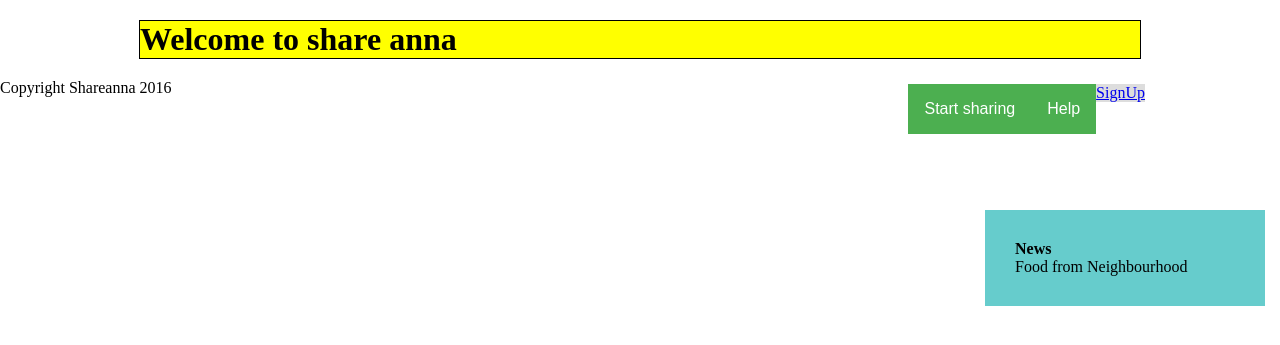
Repository: navigator007/shareanna
Page: practiceSpringMVC_1/src/main/webapp/home.html
The author's editor kept a copy of each file at every save. The page is drawn from the files as they stood at one save, then again after the next save.
The browser window is 1280 px wide. The pictures show the whole page.

Above is the page before, as saved 2016-08-20 23:30:12.

### practiceSpringMVC_1/src/main/webapp/home.html
<!DOCTYPE html>
<html lang="en">
<head>
<meta charset="UTF-8">
<title>take-away, food sharing</title>
<link rel="stylesheet" href="css/home.css">
</head>
<body>
	<div id="main_header">
		<header>
			<h1>Welcome to share anna</h1>
		</header>
	</div>
	<div>
		<ul class="menu_dropdown">
			<li>
				<div class="dropdown">
					<button class="dropbtn">Start sharing</button>
					<div class="dropdown-content">
						<a href="#">Share your dish and earn</a>
					</div>
				</div>
			</li>
			<li>
				<div class="dropdown">
					<button class="dropbtn">Help</button>
					<div class="dropdown-content">
						<a href="#">Getting started guide</a> <a href="#">How to place
							order</a> <a href="#">How price is determined</a> <a href="#">How
							payments are processed</a> <a href="#">How my dish reaches me?</a>
					</div>
				</div>
			</li>
			<li>
				<div class="dropdown">
					<a href="#">SignUp</a>
				</div>
			</li>
		</ul>
	</div>
	<div id="section">
		<section>
			<aside>
				<h4>News</h4>
				Food from Neighbourhood
			</aside>
		</section>
	</div>
	<footer> Copyright Shareanna 2016 </footer>
</body>
</html>

### practiceSpringMVC_1/src/main/webapp/css/home.css
@CHARSET "UTF-8";
*{
	margin:0px;
	padding: 0px;
}
header ,section, footer, aside, nav, article, hgroup{
	display:block;
}
body{
	text-align:left;
}
#main_header{
	border: 1px solid black;
	width: 1000px;
	margin: 20px auto;
	background: yellow;
	text-decoration: blink;
}

#section{
	position: fixed;
	float: left;
	width: 220px;
	margin: 20px 0px;
	padding: 30px;
	background: #66cccc;
	top: 190px;
	right: 15px
}
/* Dropdown button section -- start */
.dropbtn {
    background-color: #4CAF50;
    color: white;
    padding: 16px;
    font-size: 16px;
    border: none;
    cursor: pointer;
}
.dropdown {
    position: relative;
    display: inline-block;
}
.dropdown-content {
    display: none;
    position: absolute;
    background-color: #f9f9f9;
    min-width: 130px;
    box-shadow: 0px 8px 16px 0px rgba(0,0,0,0.2);
}
.dropdown-content a {
    color: black;
    padding: 12px 16px;
    text-decoration: none;
    display: block;
}
.dropdown-content a:hover {background-color: #f1f1f1}

.dropdown:hover .dropdown-content {
    display: block;
}

.dropdown:hover .dropbtn {
    background-color: #3e8e41;
}
.menu_dropdown{
	margin: 0;
    padding: 5px;
    position: fixed;
    float: right;
    list-style-type: none;
    right: 130px;
}

.menu_dropdown li{
	float: left;
}
.menu_dropdown a{
	display: block;
	background-color: #dddddd;
}
.dropdown_custom{
	background-color: #f44336;
    color: white;
    padding: 14px 25px;
    text-align: center;
    text-decoration: none;
    display: inline-block;
}
.dropdown_custom a:hover, a:active {
    background-color: red;
}

After the next save:
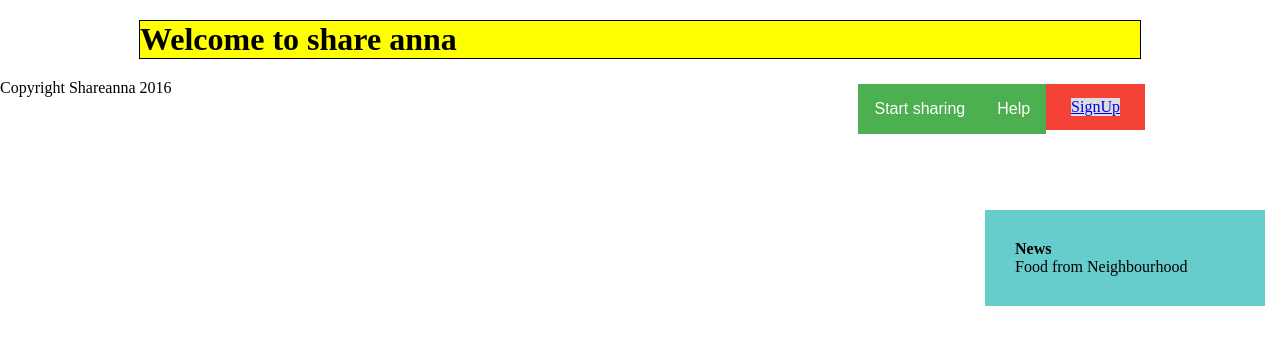
Saved 11 s later.
--- a/practiceSpringMVC_1/src/main/webapp/home.html
+++ b/practiceSpringMVC_1/src/main/webapp/home.html
@@ -32,7 +32,7 @@
 				</div>
 			</li>
 			<li>
-				<div class="dropdown">
+				<div class="dropdown_custom">
 					<a href="#">SignUp</a>
 				</div>
 			</li>
